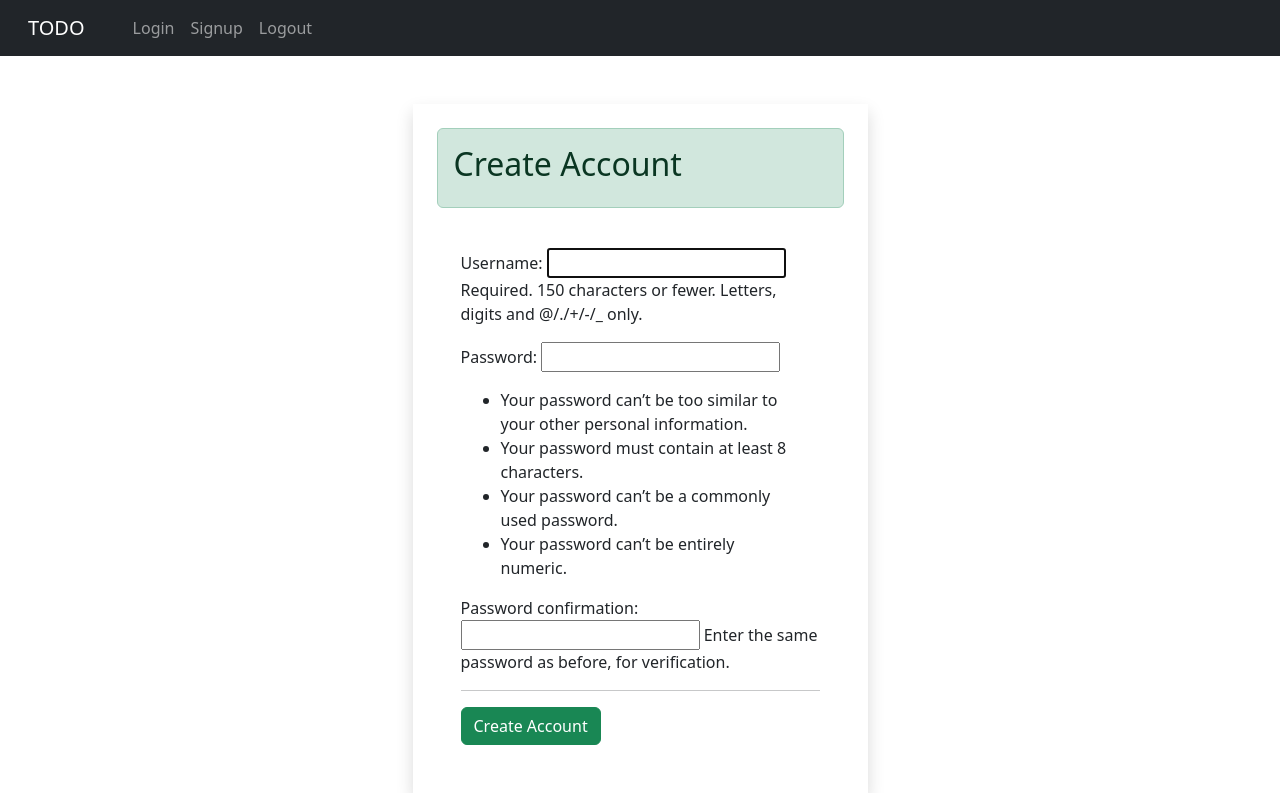
Repository: Anamikatiwari/Todo
Page: http://localhost/signup/
An editor plug-in stored every save of this project. The page is shown before and after a run of saves, followed by the edit.
The browser window is 1280 px wide. The pictures show the whole page.
The page is served by the project's application, run on Django 5.2 (manage.py). Other server files are loaded and not shown.

Above is the page before, as saved 2024-08-25 18:24:44.

### app/templates/signup.html
{% extends "base.html" %}

{% block content %}
<div class="container">
  <div class="container pt-4">
    <div class="col-lg-5 shadow p-4 mx-auto p-0 mt-4">
      <div class="alert alert-success">
        <h2>Create Account</h2>
      </div>
      <div class="p-4">
        <form method = "post" action="/signup/">
          {% csrf_token %}
          {{ form.as_p }}
          <hr>
          <input class="btn btn-success" type="submit"  value="Create Account">
        </form>
      </div>
    </div>
  </div>
</div>
{% endblock content %}

### app/templates/base.html
<!DOCTYPE html>
<!--<html lang="ar" dir="rtl">-->
<html lang="en">
  <head>

    <meta charset="utf-8">
    <meta name="viewport" content="width=device-width, initial-scale=1">

    <!-- Bootstrap CSS -->
    <link rel="stylesheet" href="https://cdn.jsdelivr.net/npm/bootstrap@5.3.3/dist/css/bootstrap.rtl.min.css" integrity="sha384-dpuaG1suU0eT09tx5plTaGMLBsfDLzUCCUXOY2j/LSvXYuG6Bqs43ALlhIqAJVRb" crossorigin="anonymous">

    <title>Hello World</title>
  </head>
  <body>

<!--navbar start-->
<nav class="navbar navbar-expand-lg  navbar-dark bg-dark">
    <div class="container-fluid">
      <a class="navbar-brand" href="/">TODO</a>
      <button class="navbar-toggler" type="button" data-bs-toggle="collapse" data-bs-target="#navbarNav" aria-controls="navbarNav" aria-expanded="false" aria-label="Toggle navigation">
        <span class="navbar-toggler-icon"></span>
      </button>
      <div class="collapse navbar-collapse" id="navbarNav">
        <ul class="navbar-nav ml-auto">

          <li class="nav-item">
            <a class="nav-link" href="/login">Login</a>
          </li>

          <li class="nav-item">
            <a class="nav-link" href="/signup">Signup</a>
          </li>

          <li class="nav-item">
            <a class="nav-link" href="/logout">Logout</a>
          </li>

        </ul>
      </div>
    </div>
  </nav>
  <!--Changing Content-->
  <div>
    {% block content %}

    {% endblock content %}
  </div>

  <!--end-->

  <script src="https://cdn.jsdelivr.net/npm/bootstrap@5.3.3/dist/js/bootstrap.bundle.min.js" integrity="sha384-YvpcrYf0tY3lHB60NNkmXc5s9fDVZLESaAA55NDzOxhy9GkcIdslK1eN7N6jIeHz" crossorigin="anonymous"></script>

</body>
</html>

### app/views.py
from django.shortcuts import render, redirect
from django.http import HttpResponse
from django.contrib.auth import authenticate, login as loginUser
from django.contrib.auth.forms import UserCreationForm, AuthenticationForm


# Create your views here.

def home(request):
    return render(request, 'index.html')

def login(request):
    if request.method == 'GET':
        form = AuthenticationForm()
        context = {
            'form': form
        }
        return render(request, 'login.html', context=context)
    else:
        form = AuthenticationForm(data=request.POST)
        if form.is_valid():
            username = form.cleaned_data.get('username')
            password = form.cleaned_data.get('password')
            user = authenticate(username=username, password=password)
            if user is not None:
                loginUser(request, user)
                return redirect('home')
        else:
            context = {
            'form': form
            }
            return render(request, 'login.html', context=context)




def signup(request):

    if request.method == 'GET':
        form = UserCreationForm()
        context = {
            'form': form
        }
        return render(request, 'signup.html', context=context)
    else:
        print(request.POST)
        form = UserCreationForm(request.POST)
        context = {
            'form': form
        }
        if form.is_valid():
            user = form.save()
            print('User created:', user)
            if user is not None:
                return redirect('login')
        else:
            print('Form is not valid')
            return render(request, 'signup.html', context=context)

### todo/urls.py
"""
URL configuration for todo project.

The `urlpatterns` list routes URLs to views. For more information please see:
    https://docs.djangoproject.com/en/5.1/topics/http/urls/
Examples:
Function views
    1. Add an import:  from my_app import views
    2. Add a URL to urlpatterns:  path('', views.home, name='home')
Class-based views
    1. Add an import:  from other_app.views import Home
    2. Add a URL to urlpatterns:  path('', Home.as_view(), name='home')
Including another URLconf
    1. Import the include() function: from django.urls import include, path
    2. Add a URL to urlpatterns:  path('blog/', include('blog.urls'))
"""
from django.contrib import admin
from django.urls import path, include

urlpatterns = [
    path('admin/', admin.site.urls),
    path('', include('app.urls'))
]

### app/urls.py
from django.contrib import admin
from django.urls import path, include
from app.views import home, login, signup


urlpatterns = [
    path('', home, name='home'),
    path('login/', login, name='login'),
    path('signup/', signup, name='signup')
]

After the next 2 saves:
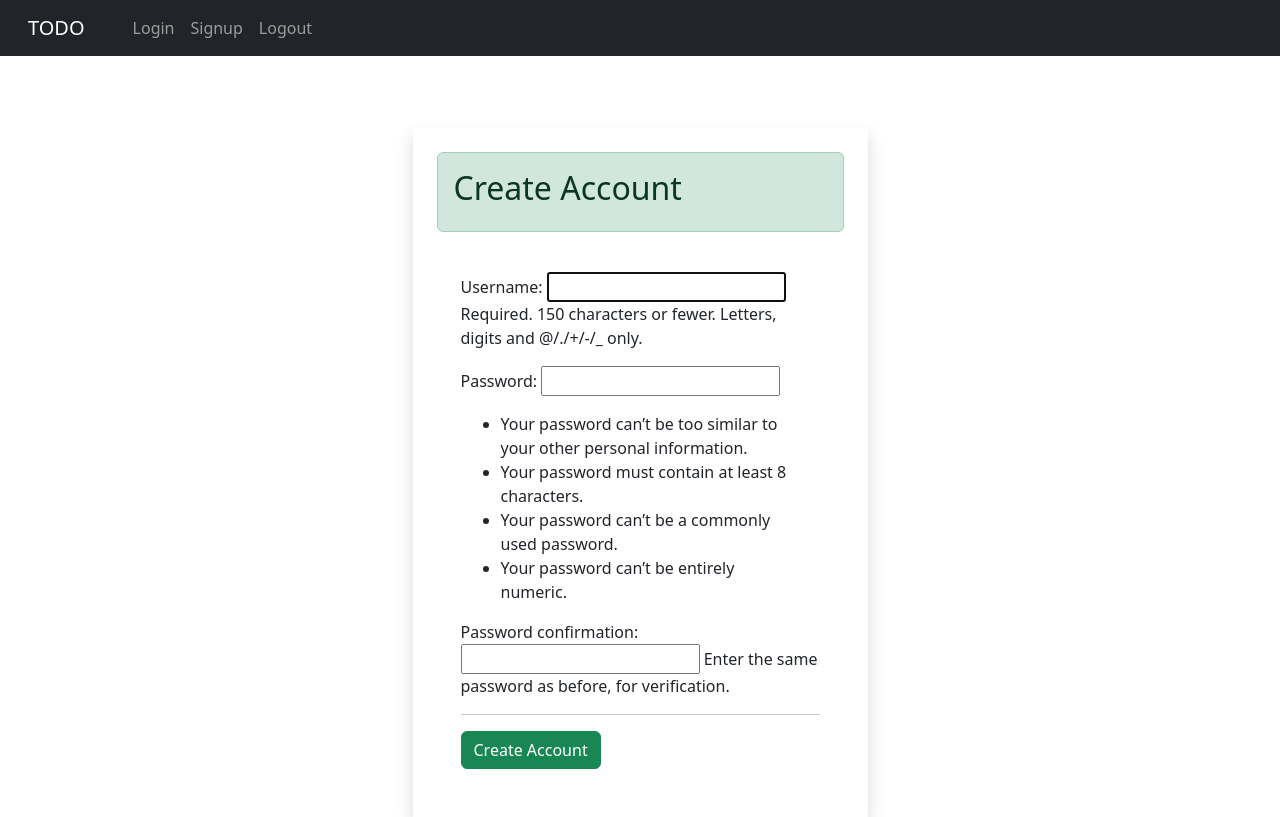
The 2 saves are shown as one change because they came seconds apart.
The last was saved 18 s later.
--- a/app/templates/signup.html
+++ b/app/templates/signup.html
@@ -1,7 +1,7 @@
 {% extends "base.html" %}
 
 {% block content %}
-<div class="container">
+<div class="container pt-4">
   <div class="container pt-4">
     <div class="col-lg-5 shadow p-4 mx-auto p-0 mt-4">
       <div class="alert alert-success">
